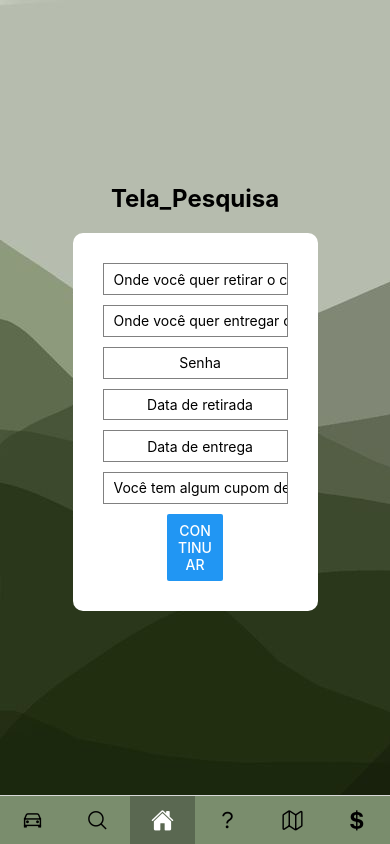
Repository: GabrielAron/EcoWheels
Page: /Home
An editor plug-in stored every save of this project. The page is shown before and after the next save, followed by the edit.
The browser window is 390 px wide. The pictures show the whole page.
The app was drawn by React Native's web renderer in a window 390 px wide. The project was rebuilt for these pictures with package versions that can differ from the ones it lists, and the page was loaded fresh each time. Also part of the build but not shown: src/Paginas/Carros/index.js, src/Paginas/Ajuda/index.js, src/Paginas/Mapa/index.js, src/Paginas/Pagamento/pagamento.js.

Above is the page before, as saved 2023-11-24 14:39:47.

After the next save:
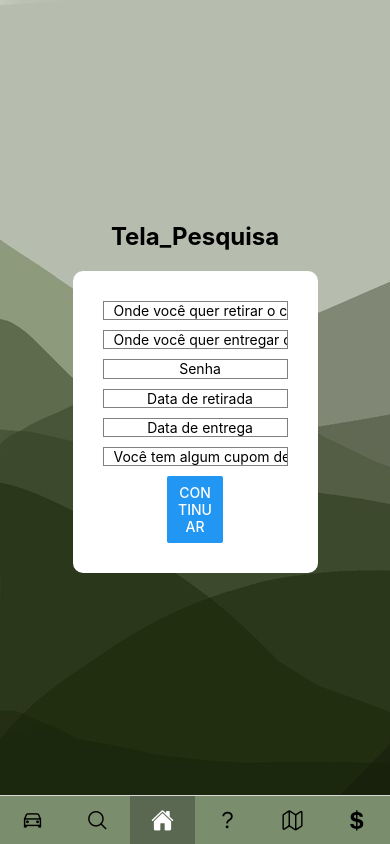
Saved 9 s later.
--- a/src/Paginas/Home/index.js
+++ b/src/Paginas/Home/index.js
@@ -53,7 +53,7 @@ const styles = StyleSheet.create({
     borderRadius: 10,
     padding: 30,
     width: '70%',
-    height:'50%',
+    height:'40%',
     alignSelf: 'center',
   },
   buttonContainer: {
